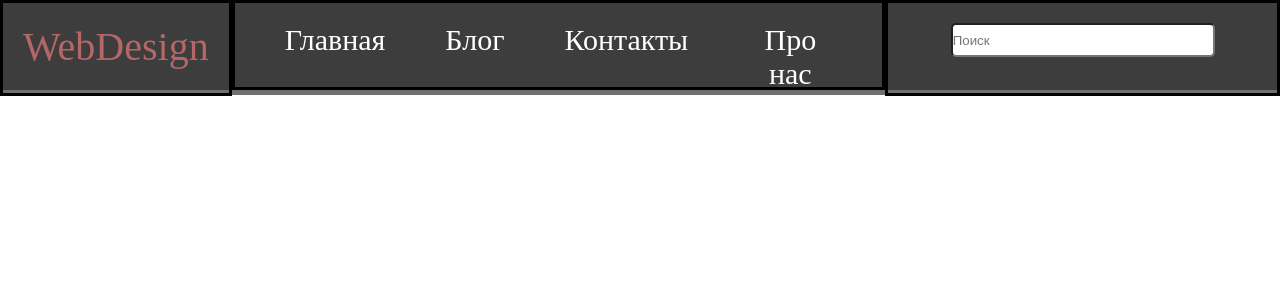
Repository: andbaik/Itprog
Page: index.htm
These files come from the project's save history. The page is drawn as it stood at one moment and after a run of saves; the edit follows.
The browser window is 1280 px wide. The pictures show the whole page.

Above is the page before, as saved 2021-01-19 16:57:17.

### index.htm
<!DOCTYPE html>
<html lang="en">
<head>
    <meta charset="UTF-8">
    <meta name="viewport" content="width=device-width, initial-scale=1.0">
    <link rel="stylesheet" href="css/style.css">
    <title>Моя страница</title>
</head>
<body>
    <div class="header">
        <div class="logo box">
            <a href="#">WebDesign</a>
        </div>
        <div class="nav box">
                <ul>
                    <li><a href="#">Главная</a></li>
                    <li><a href="#">Блог</a></li>
                    <li><a href="#">Контакты</a></li>
                    <li><a href="#">Про нас</a></li>
                </ul>
        </div>
        <div class="search box">
            <form action="" method="POST" id="search" name="search">
                <input class="serch-button" type="text" placeholder="Поиск">
            </form>
        </div>
    </div>
    <div class="main">
        <div class="content">
            <h1></h1>
        </div>
        <div class="asaid">

        </div>
    </div>
</body>
</html>

### css/style.css
* {
    margin: 0;
    padding: 0;
}

.header {
    display: flex;
    text-align: center;
    width: 100%;
    height: 90px;
    background-color: #3D3D3D;
    border-bottom: 5px solid #6F6F6F;

}
a {

    text-decoration: none;
    color: #fff;
}
.logo {
    display: inline-block;
    height: 50px;
    weight: 150px;
    margin: 0px auto;
    padding: 20px;
    border: 3px solid black;
    vertical-align: center;
}
.logo a{
    color: #B36767;
    font-size: 40px;


}
.nav {
    height: px;
    width: auto;
    padding: 20px;
    margin: 0 auto;
    border: 3px solid black;
}

.header ul {
    display: flex;
}

.nav li{
    list-style: none;
    font-size: 30px;
    padding: 0 30px;
}




.search {
    width: 400px;
    height: 90px;
    margin: 0 auto;
    border: 3px solid black;

}

.serch-button {
    width: 260px;
    height: 30px;
    margin: 20px auto;
    border-radius: 5px;


}

After the next 2 saves:
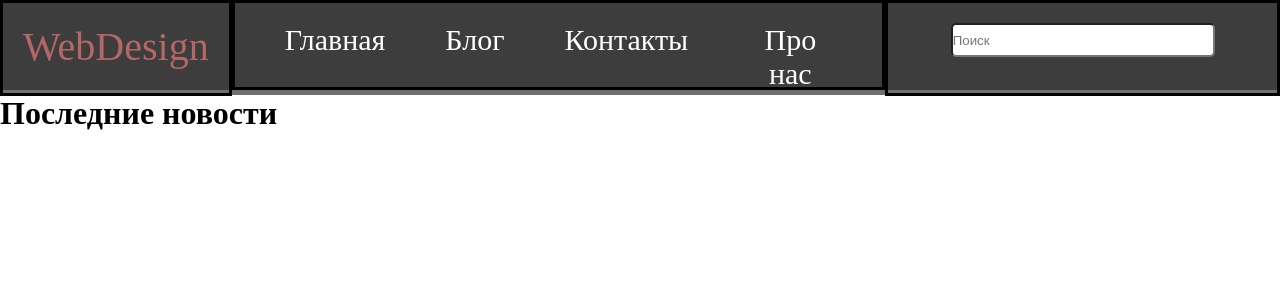
The 2 saves are shown as one change because they came seconds apart.
The last was saved 9 s later.
--- a/index.htm
+++ b/index.htm
@@ -27,7 +27,8 @@
     </div>
     <div class="main">
         <div class="content">
-            <h1></h1>
+            <h1>Последние новости</h1>
+
         </div>
         <div class="asaid">
 
